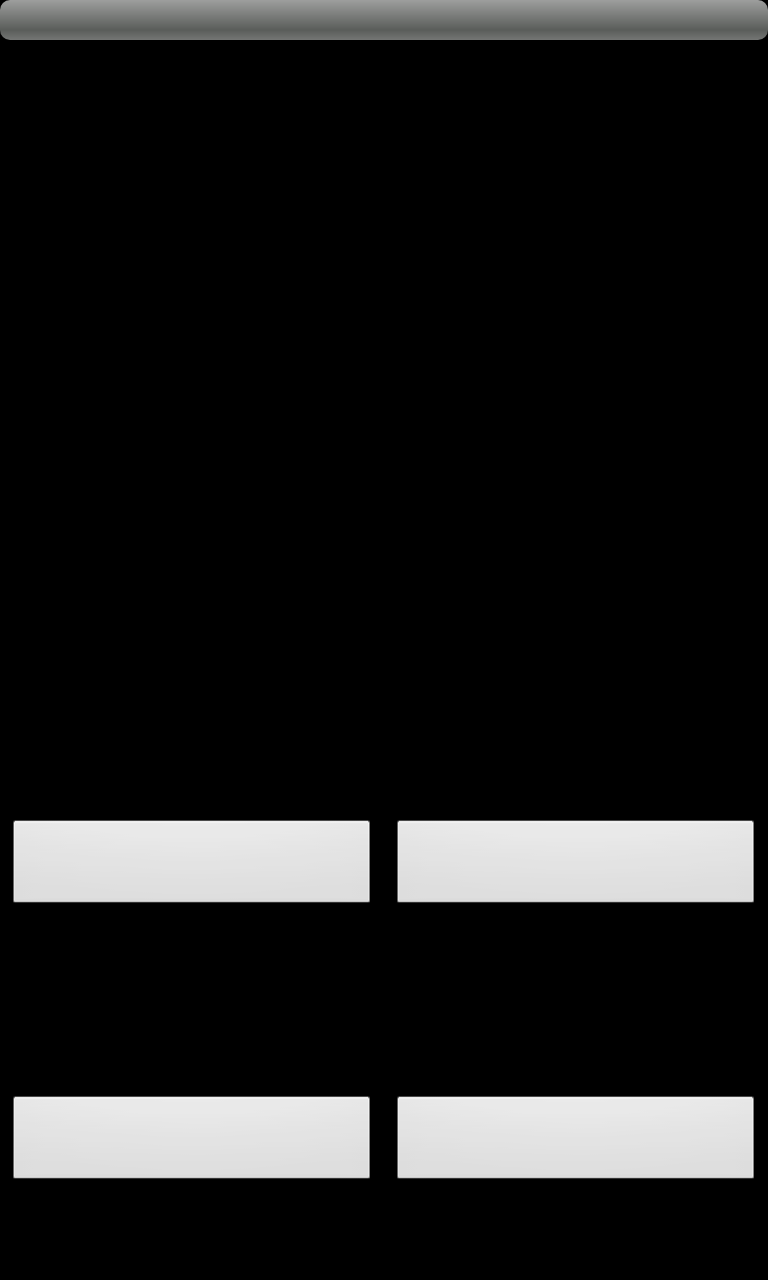
Repository: aster9725/HK-CityU-SummerExchange
Layout: Copy of WordQuiz/res/layout/activity_game.xml
The author's editor kept a copy of each file at every save. The layout is drawn from the files as they stood at one save, then again after the next save.
It is drawn on a 768 x 1280 px phone screen (xhdpi) without system bars, with theme android:Theme; the app's code is not run.

Above is the layout before, as saved 2014-07-24 10:19:55.

After the next save:
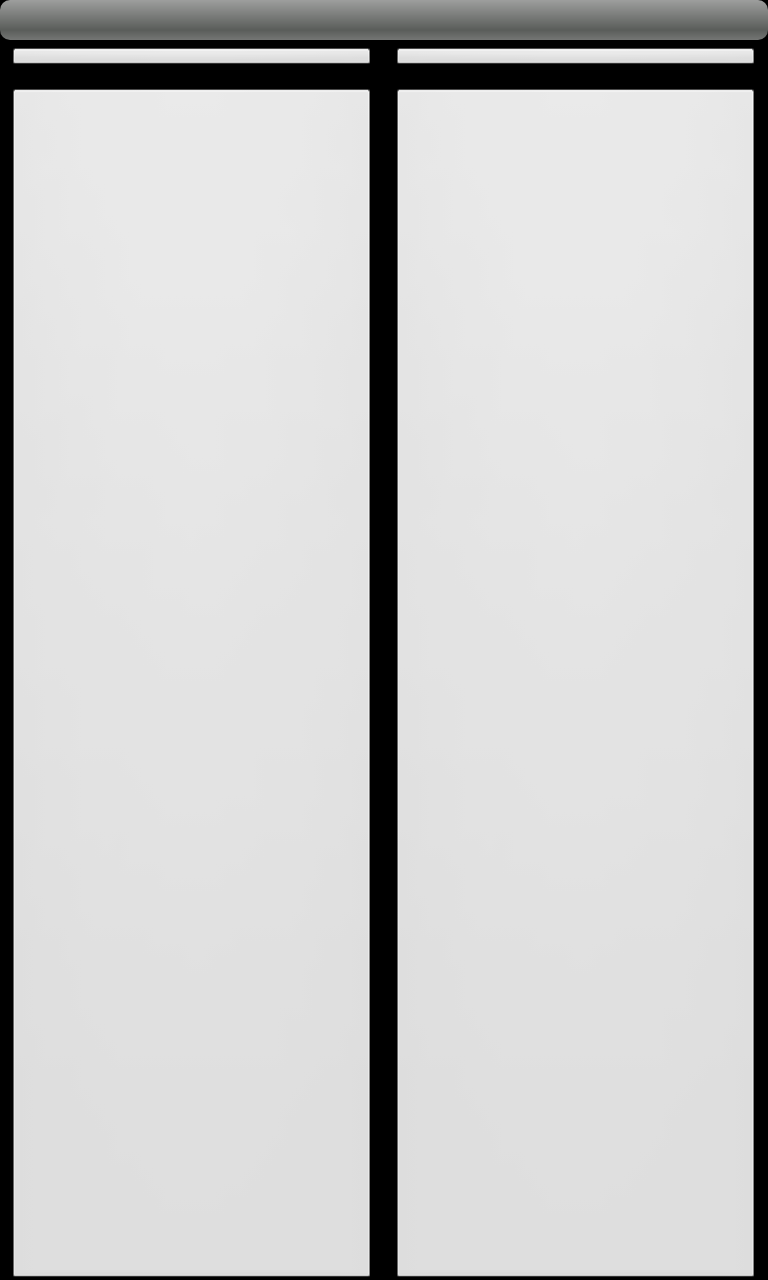
Saved 37 s later.
--- a/Copy of WordQuiz/res/layout/activity_game.xml
+++ b/Copy of WordQuiz/res/layout/activity_game.xml
@@ -28,7 +28,7 @@
         <ImageButton
             android:id="@+id/btnans1"
             android:layout_width="wrap_content"
-            android:layout_height="wrap_content"
+            android:layout_height="match_parent"
             android:layout_gravity="center_vertical|center_horizontal"
             android:layout_margin="3sp"
             android:layout_weight="1" />
@@ -36,7 +36,7 @@
         <ImageButton
             android:id="@+id/btnans2"
             android:layout_width="wrap_content"
-            android:layout_height="wrap_content"
+            android:layout_height="match_parent"
             android:layout_gravity="center_vertical|center_horizontal"
             android:layout_margin="3sp"
             android:layout_weight="1" />
@@ -44,7 +44,7 @@
 
     <LinearLayout
         android:layout_width="match_parent"
-        android:layout_height="wrap_content"
+        android:layout_height="match_parent"
         android:layout_gravity="center_vertical|center_horizontal"
         android:orientation="horizontal"
         android:layout_weight="1" >
@@ -52,7 +52,7 @@
         <ImageButton
             android:id="@+id/btnans3"
             android:layout_width="wrap_content"
-            android:layout_height="wrap_content"
+            android:layout_height="match_parent"
             android:layout_gravity="center_vertical|center_horizontal"
             android:layout_margin="3sp"
             android:layout_weight="1" />
@@ -60,7 +60,7 @@
         <ImageButton
             android:id="@+id/btnans4"
             android:layout_width="wrap_content"
-            android:layout_height="wrap_content"
+            android:layout_height="match_parent"
             android:layout_gravity="center_vertical|center_horizontal"
             android:layout_margin="3sp"
             android:layout_weight="1" />
